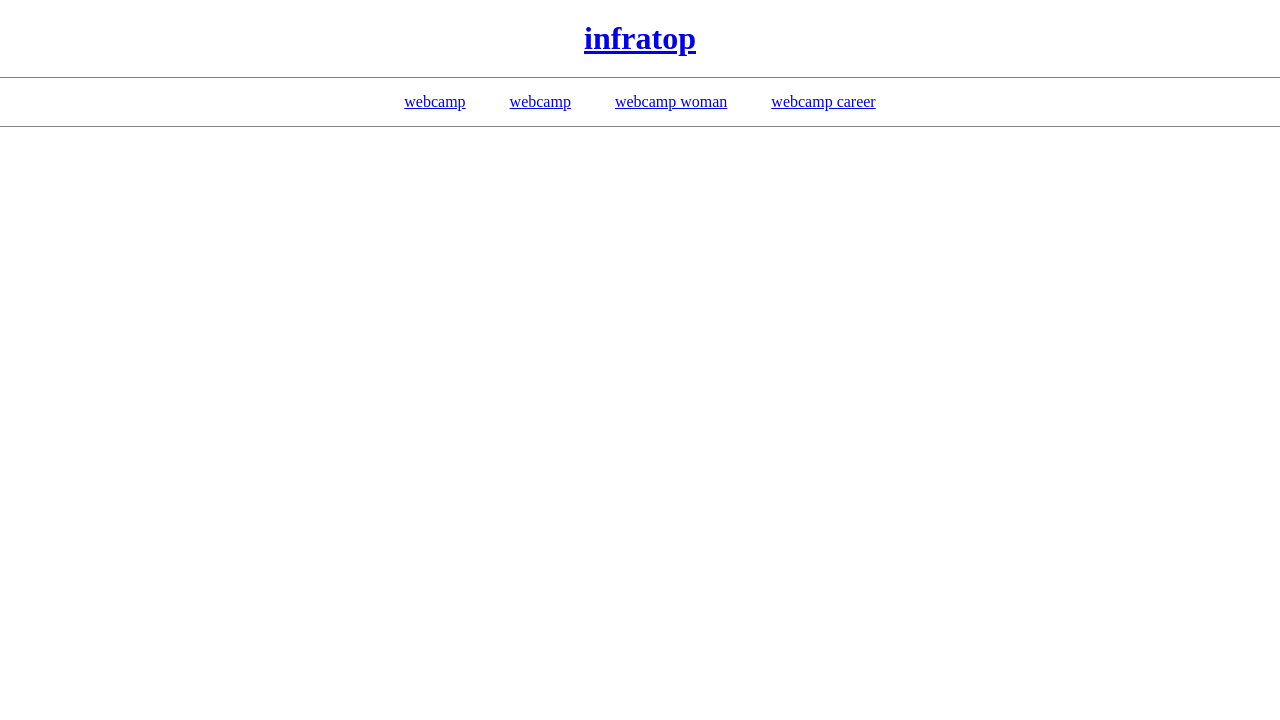
Repository: matuyama/dmm-webcamp
Page: chapter5/chapter5.html
The author's editor kept a record of every edit. The page is drawn from the files as they stood at one moment, then again after the next edit.
The browser window is 1280 px wide. The pictures show the whole page.

Above is the page before.

After the next edit:
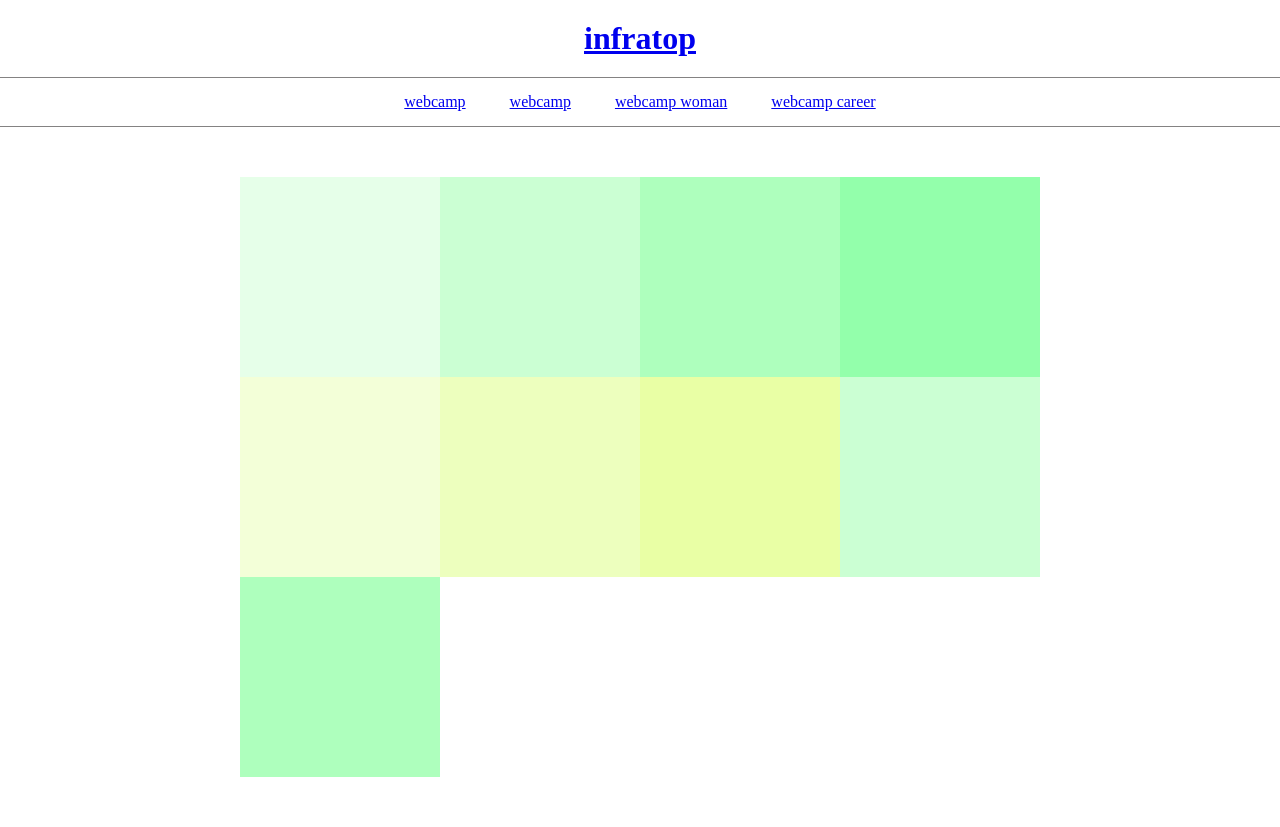
The edit:
--- a/chapter5/chapter5.html
+++ b/chapter5/chapter5.html
@@ -33,6 +33,23 @@
       </ul>
     </nav>
 
+    <div class="main">
+      <div class="box1"></div>
+      <div class="box2"></div>
+      <div class="box3"></div>
+      <div class="box4"></div>
+      <div class="box5"></div>
+      <div class="box6"></div>
+      <div class="box7"></div>
+      <div class="box8"></div>
+      <div class="box9"></div>
+      <div class="box10"></div>
+      <div class="box11"></div>
+      <div class="box12"></di<div class="box1"></div>
+       <div class="box2"></div>
+       <div class="box3"></div>
+
+    </div>
 
   </body>
 
